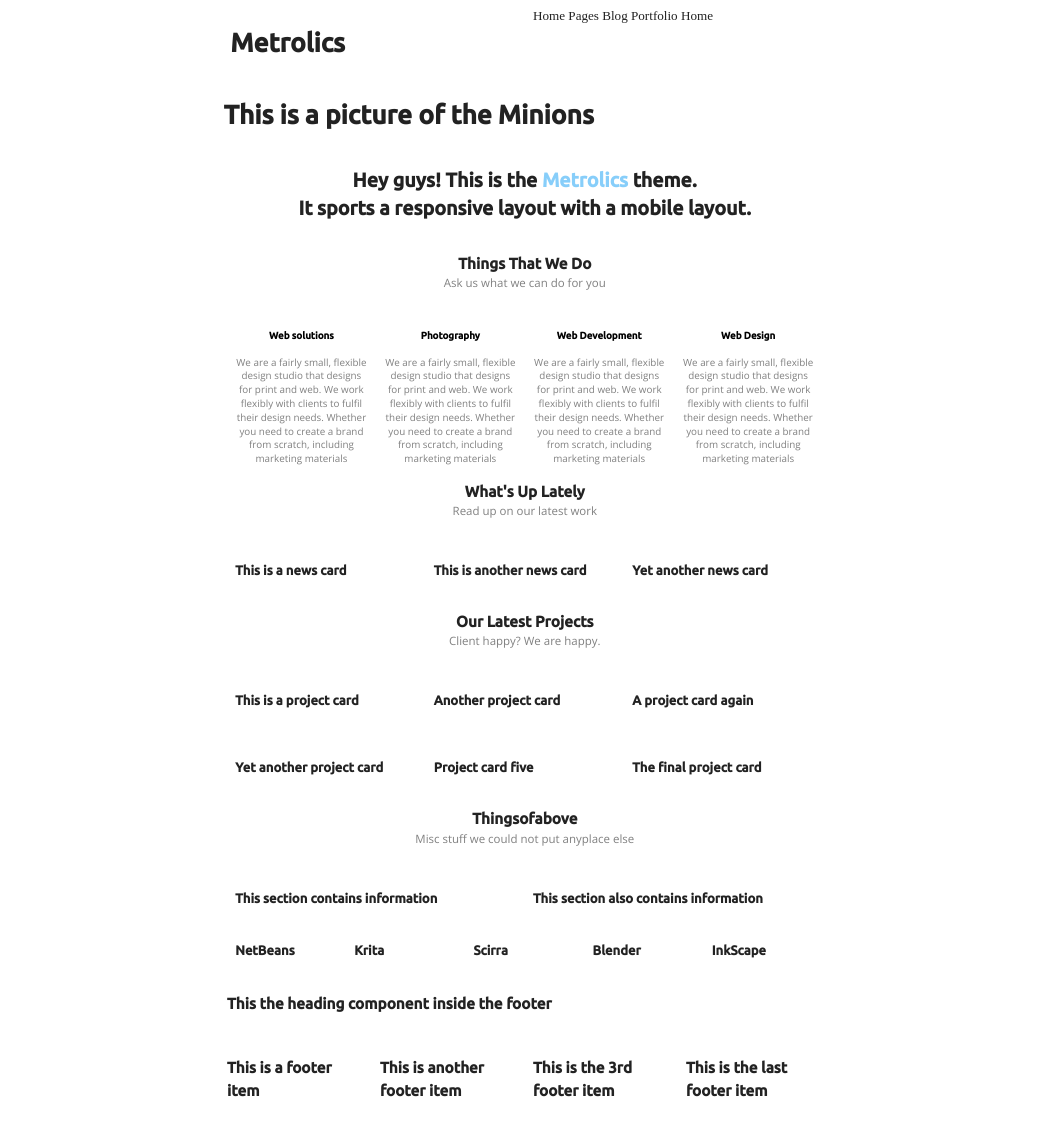
Repository: kennyharman/Marlowe_Kenny_Lab_02B
Page: index.html
The author's editor kept a copy of each file at every save. The page is drawn from the files as they stood at one save, then again after the next save.
The browser window is 1280 px wide. The pictures show the whole page, at 82% of full size.

Above is the page before, as saved 2024-02-05 15:42:18.

### index.html
<!doctype html>
<html class="no-js" lang="EN">

<head>
  <meta charset="utf-8">
  <meta name="viewport" content="width=device-width, initial-scale=1">
  <title></title>
  <link rel="stylesheet" href="css/style.css">
  <link href="https://fonts.googleapis.com/css2?family=Open+Sans:ital,wght@0,400;0,700;1,400&family=Ubuntu:ital,wght@0,300;0,500;1,300&display=swap" rel="stylesheet">
  <meta name="description" content="">

  <meta property="og:title" content="Metrolics page">
  <meta property="og:type" content="website">
  <meta property="og:url" content="http://localhost:8888/metrolics/">

  <link rel="icon" href="/favicon.ico" sizes="any">
  <link rel="icon" href="/icon.svg" type="image/svg+xml">
  <link rel="apple-touch-icon" href="icon.png">

  <link rel="manifest" href="site.webmanifest">
  <meta name="theme-color" content="#fafafa">
</head>

<body class="page">
  <script src="js/app.js"></script>

<header class="page__header">
  <div class="row m-col-2 l-col-2 menu">
    <div class="col header__menu-logo">
      <h1>Metrolics</h1>
    </div>
    <div class="col header__menu-nav">
      Home
      Pages
      Blog
      Portfolio
      Home
    </div>
</header>

<main>
  <div class="page__banner">
    <div class="col banner-header">
      <h1>This is a picture of the Minions</h1>
    </div>
  </div>
  <div class="page__section">
    <div class="row header">
      <div class="col header-text">
        <h2>Hey guys! This is the <span class="text__color-change">Metrolics</span> theme.<br/>It sports a responsive layout with a mobile layout.</h2>
      </div>
    </div>
  </div>

  <div class="section-services">
    <div class="row m-col-2 l-col-4">
      <div class="col m-row-span l-row-span heading">
        <h3>Things That We Do</h3>
        <p>Ask us what we can do for you</p>
      </div>
      <div class="col services-card">
        <h4>Web solutions</h4>
        We are a fairly small, flexible design studio that designs for print and web. We work flexibly with clients to fulfil their design needs. Whether you need to create a brand from scratch, including marketing materials
      </div>
      <div class="col services-card">
        <h4>Photography</h4>
        We are a fairly small, flexible design studio that designs for print and web. We work flexibly with clients to fulfil their design needs. Whether you need to create a brand from scratch, including marketing materials
      </div>
      <div class="col services-card">
        <h4>Web Development</h4>
        We are a fairly small, flexible design studio that designs for print and web. We work flexibly with clients to fulfil their design needs. Whether you need to create a brand from scratch, including marketing materials
      </div>
      <div class="col services-card">
        <h4>Web Design</h4>
        We are a fairly small, flexible design studio that designs for print and web. We work flexibly with clients to fulfil their design needs. Whether you need to create a brand from scratch, including marketing materials
      </div>
    </div>
  </div>
    </div>
  </div>

  <div class="section-work">
    <div class="row m-col-2 l-col-3">
      <div class="col m-row-span l-row-span heading">
        <h3>What's Up Lately</h3>
        <p>Read up on our latest work</p>
      </div>
      <div class="col m-row-span image">
        <h4>This is a news card</h4>
      </div>
      <div class="col image">
        <h4>This is another news card</h4>
      </div>
      <div class="col image">
        <h4>Yet another news card</h4>
      </div>
    </div>
  </div>

  <div class="section-projects">
    <div class="row m-col-2 l-col-3">
      <div class="col m-row-span l-row-span heading">
        <h3>Our Latest Projects</h3>
        <p>Client happy? We are happy.</p>
      </div>
      <div class="col image">
        <h4>This is a project card</h4>
      </div>
      <div class="col image">
        <h4>Another project card</h4>
      </div>
      <div class="col image">
        <h4>A project card again</h4>
      </div>
      <div class="col image">
        <h4>Yet another project card</h4>
      </div>
      <div class="col iamge">
        <h4>Project card five</h4>
      </div>
      <div class="col image">
        <h4>The final project card</h4>
      </div>
    </div>
  </div>

  <div class="section-misc">
    <div class="row l-col-2">
      <div class="col l-row-span heading">
        <h3>Thingsofabove</h3>
        <p>Misc stuff we could not put anyplace else</p>
      </div>
      <div class="col misc-content">
        <h4>This section contains information</h4>
      </div>
      <div class="col misc-content">
        <h4>This section also contains information</h4>
      </div>
    </div>
  </div>

  <div class="section-affiliates">
    <div class="row m-col-5 l-col-5">
      <div class="col affiliates-card">
        <h4>NetBeans</h4>
      </div>
      <div class="col affiliates-card">
        <h4>Krita</h4>
      </div>
      <div class="col affiliates-card">
        <h4>Scirra</h4>
      </div>
      <div class="col affiliates-card">
        <h4>Blender</h4>
      </div>
      <div class="col affiliates-card">
        <h4>InkScape</h4>
      </div>
    </div>
  </div>
</main>
<footer class="page__footer">
  <div class="row m-col-2 l-col-4 footer">
    <div class="col m-row-span l-row-span footer-heading">
      <h3>This the heading component inside the footer</h3>
    </div>
    <div class="col footer-item">
      <h3>This is a footer item</h3>
    </div>
    <div class="col footer-item">
      <h3>This is another footer item</h3>
    </div>
    <div class="col footer-item">
      <h3>This is the 3rd footer item</h3>
    </div>
    <div class="col footer-item">
      <h3>
        This is the last footer item
      </h3>
    </div>
  </div>
</footer>
</body>

### css/style.css
/*! HTML5 Boilerplate v9.0.0-RC1 | MIT License | https://html5boilerplate.com/ */

/* main.css 3.0.0 | MIT License | https://github.com/h5bp/main.css#readme */
/*
 * What follows is the result of much research on cross-browser styling.
 * Credit left inline and big thanks to Nicolas Gallagher, Jonathan Neal,
 * Kroc Camen, and the H5BP dev community and team.
 */

/* ==========================================================================
   Base styles: opinionated defaults
   ========================================================================== */

html {
  color: #222;
  font-size: 1em;
  line-height: 1.4;
}

/*
 * Remove text-shadow in selection highlight:
 * https://twitter.com/miketaylr/status/12228805301
 *
 * Customize the background color to match your design.
 */

::-moz-selection {
  background: #b3d4fc;
  text-shadow: none;
}

::selection {
  background: #b3d4fc;
  text-shadow: none;
}

/*
 * A better looking default horizontal rule
 */

hr {
  display: block;
  height: 1px;
  border: 0;
  border-top: 1px solid #ccc;
  margin: 1em 0;
  padding: 0;
}

/*
 * Remove the gap between audio, canvas, iframes,
 * images, videos and the bottom of their containers:
 * https://github.com/h5bp/html5-boilerplate/issues/440
 */

audio,
canvas,
iframe,
img,
svg,
video {
  vertical-align: middle;
}

/*
 * Remove default fieldset styles.
 */

fieldset {
  border: 0;
  margin: 0;
  padding: 0;
}

/*
 * Allow only vertical resizing of textareas.
 */

textarea {
  resize: vertical;
}

/* ==========================================================================
   Author's custom styles
   ========================================================================== */

/* ==========================================================================
   Helper classes
   ========================================================================== */

/*
 * Hide visually and from screen readers
 */

.hidden,
[hidden] {
  display: none !important;
}

/*
 * Hide only visually, but have it available for screen readers:
 * https://snook.ca/archives/html_and_css/hiding-content-for-accessibility
 *
 * 1. For long content, line feeds are not interpreted as spaces and small width
 *    causes content to wrap 1 word per line:
 *    https://medium.com/@jessebeach/beware-smushed-off-screen-accessible-text-5952a4c2cbfe
 */

.visually-hidden {
  border: 0;
  clip: rect(0, 0, 0, 0);
  height: 1px;
  margin: -1px;
  overflow: hidden;
  padding: 0;
  position: absolute;
  white-space: nowrap;
  width: 1px;
  /* 1 */
}

/*
 * Extends the .visually-hidden class to allow the element
 * to be focusable when navigated to via the keyboard:
 * https://www.drupal.org/node/897638
 */

.visually-hidden.focusable:active,
.visually-hidden.focusable:focus {
  clip: auto;
  height: auto;
  margin: 0;
  overflow: visible;
  position: static;
  white-space: inherit;
  width: auto;
}

/*
 * Hide visually and from screen readers, but maintain layout
 */

.invisible {
  visibility: hidden;
}

/*
 * Clearfix: contain floats
 *
 * The use of `table` rather than `block` is only necessary if using
 * `::before` to contain the top-margins of child elements.
 */

.clearfix::before,
.clearfix::after {
  content: "";
  display: table;
}

.clearfix::after {
  clear: both;
}

/* ==========================================================================
   EXAMPLE Media Queries for Responsive Design.
   These examples override the primary ('mobile first') styles.
   Modify as content requires.
   ========================================================================== */

@media only screen and (min-width: 35em) {
  /* Style adjustments for viewports that meet the condition */
}

@media print,
  (-webkit-min-device-pixel-ratio: 1.25),
  (min-resolution: 1.25dppx),
  (min-resolution: 120dpi) {
  /* Style adjustments for high resolution devices */
}

/* ==========================================================================
   Print styles.
   Inlined to avoid the additional HTTP request:
   https://www.phpied.com/delay-loading-your-print-css/
   ========================================================================== */

@media print {
  *,
  *::before,
  *::after {
    background: #fff !important;
    color: #000 !important;
    /* Black prints faster */
    box-shadow: none !important;
    text-shadow: none !important;
  }

  a,
  a:visited {
    text-decoration: underline;
  }

  a[href]::after {
    content: " (" attr(href) ")";
  }

  abbr[title]::after {
    content: " (" attr(title) ")";
  }

  /*
   * Don't show links that are fragment identifiers,
   * or use the `javascript:` pseudo protocol
   */
  a[href^="#"]::after,
  a[href^="javascript:"]::after {
    content: "";
  }

  pre {
    white-space: pre-wrap !important;
  }

  pre,
  blockquote {
    border: 1px solid #999;
    page-break-inside: avoid;
  }

  tr,
  img {
    page-break-inside: avoid;
  }

  p,
  h2,
  h3 {
    orphans: 3;
    widows: 3;
  }

  h2,
  h3 {
    page-break-after: avoid;
  }
}

/* Our Styling */
div,
main,
section,
footer,
header {
  margin-left: 10px;
  margin-right: 10px;
}

h1,
h2,
h3,
h4,
h5,
h6 {
    font-family: 'Ubuntu', sans-serif;
}

p {
    font-family: 'Open Sans', sans-serif;
}

.row {
  display: grid;
  row-gap: 1rem;
}

.col {
  position: relative;
}

.page__header,
.banner-header,
.page__section,
.section-services,
.section-work,
.section-projects,
.section-misc,
.section-affiliates,
.footer {
  margin: auto;
  width: 60%;
}

.heading {
  display: flex;
  flex-direction: column;
  align-items: center;
  padding: 0 auto;
}

.heading > h3 {
  margin-bottom: 0;
}

.heading > p {
  margin-top: 0;
  font-size: 14px;
  color: grey;
}

.header-text {
  text-align: center;
}

.text__color-change {
  color: lightskyblue;
}

.services-card {
  display: flex;
  flex-direction: column;
  align-items: center;
  text-align: center;
  font-size: 12px;
  padding: 0px;
  color: grey;
  font-family: 'Open Sans', sans-serif;
}

.services-card > h4 {
  color: black;
}

/* Small only */
@media screen and (max-width: 39.9375em) {
  .header__menu-nav {
    display: none;
  }
  .banner {
    display: none;
  }
  .affiliates {
    display: none;
  }
  .misc {
    display: none;
  }
}

/* Medium only */
@media screen and (min-width: 40em) and
(max-width: 63.9375em) {
  .row {
    max-width: 70rem;
    column-gap: 1.5rem;
    row-gap: 1.5rem;
    margin: 0 auto;
  }
  .m-col-2 {
    grid-template-columns: 1fr 1fr;
  }
  .m-col-3 {
    grid-template-columns: repeat(3, 1fr);
  }
  .m-col-4 {
    grid-template-columns: repeat(4, 1fr);
  }
  .m-col-5 {
    grid-template-columns: repeat(5, 1fr);
  }

  .m-row-span {
    grid-column-start: 1;
    grid-column-end: -1;
  }
}

/* Large only */
@media screen and (min-width: 64em) {
  .l-col-2 {
    grid-template-columns: 1fr 1fr;
  }
  .l-col-3 {
    grid-template-columns: repeat(3, 1fr);
  }
  .l-col-4 {
    grid-template-columns: repeat(4, 1fr);
  }
  .l-col-5 {
    grid-template-columns: repeat(5, 1fr);
  }

  .l-row-span {
    grid-column-start: 1;
    grid-column-end: -1;
  }
}

Loaded but not shown: js/app.js (no stored copy; drawn as an empty file)

After the next save:
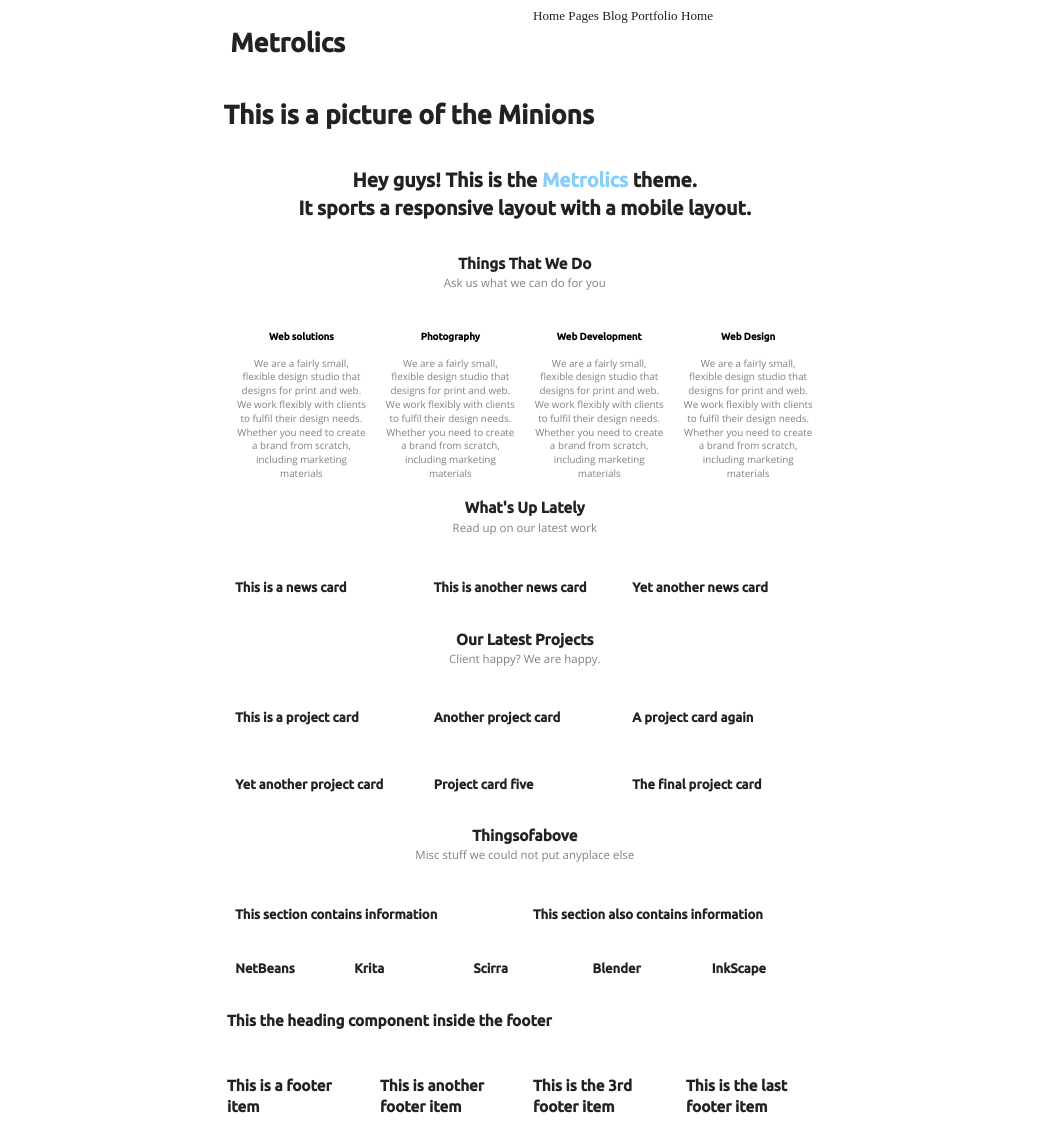
Saved 19 s later.
--- a/css/style.css
+++ b/css/style.css
@@ -321,7 +321,7 @@ p {
   align-items: center;
   text-align: center;
   font-size: 12px;
-  padding: 0px;
+  padding: 2px;
   color: grey;
   font-family: 'Open Sans', sans-serif;
 }

After the save that followed:
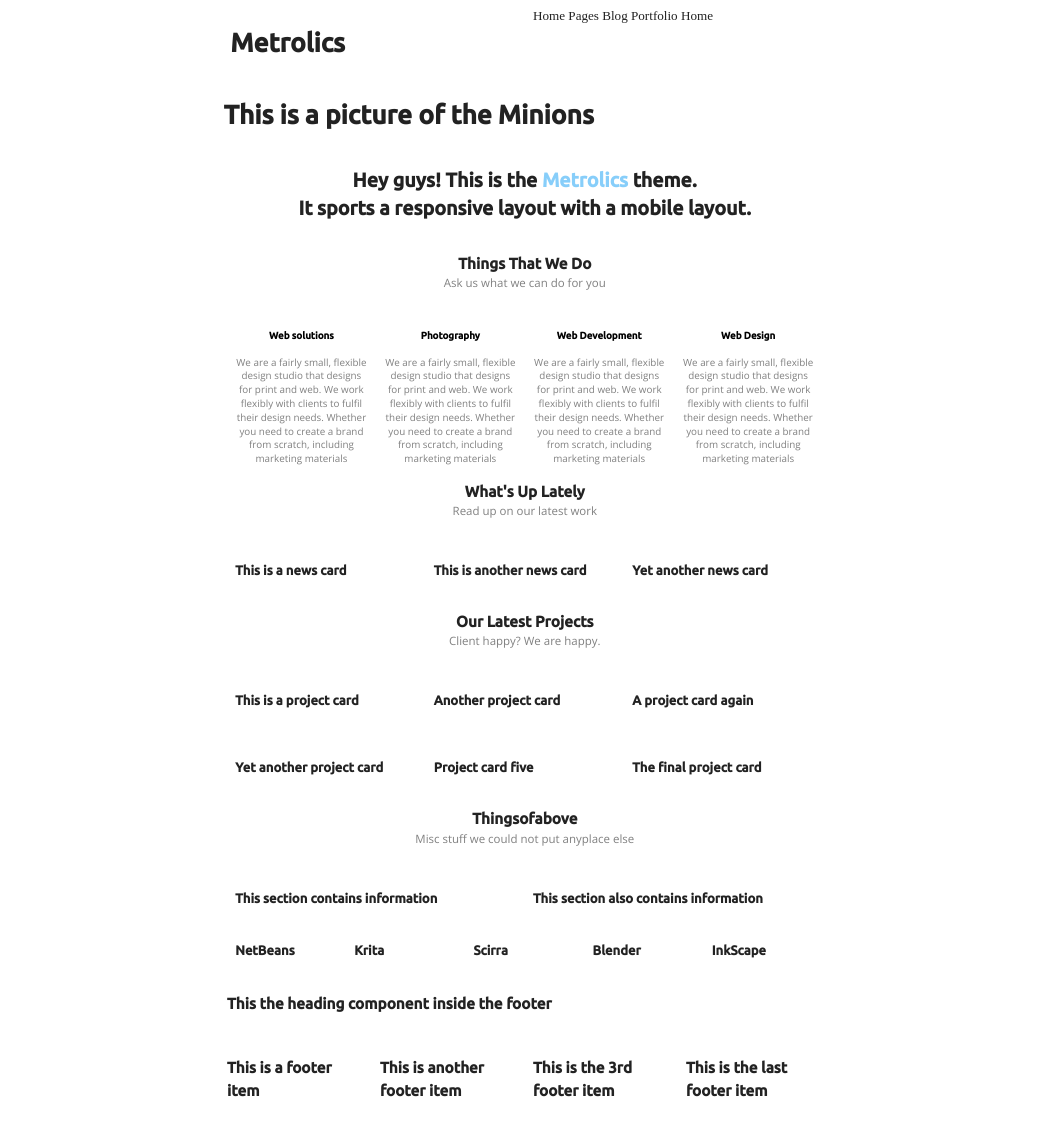
Saved 7 s later.
--- a/css/style.css
+++ b/css/style.css
@@ -321,7 +321,7 @@ p {
   align-items: center;
   text-align: center;
   font-size: 12px;
-  padding: 2px;
+  padding: 0px;
   color: grey;
   font-family: 'Open Sans', sans-serif;
 }
